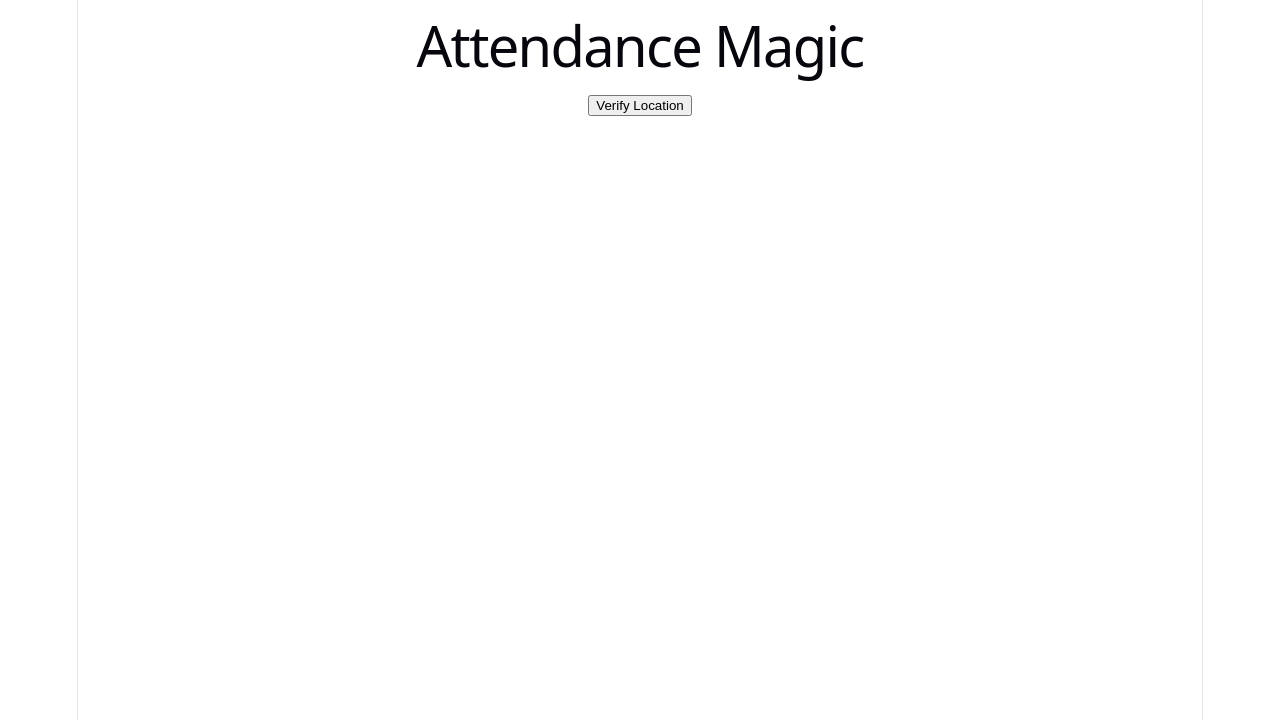
Repository: SparcxSolutions/Attendance_Magic
Page: /faculty (app in frontend/)
An editor plug-in stored every save of this project. The page is shown before and after the next save, followed by the edit.
The browser window is 1280 px wide. The pictures show the whole page.
The page's requests for data from a server got no answer. The project was rebuilt for these pictures with package versions that can differ from the ones it lists, and the page was loaded fresh each time. No one was signed in, and anything a server would have sent is missing. Also part of the build but not shown: frontend/vite.config.js.

Above is the page before, as saved 2026-06-18 12:27:03.

After the next save:
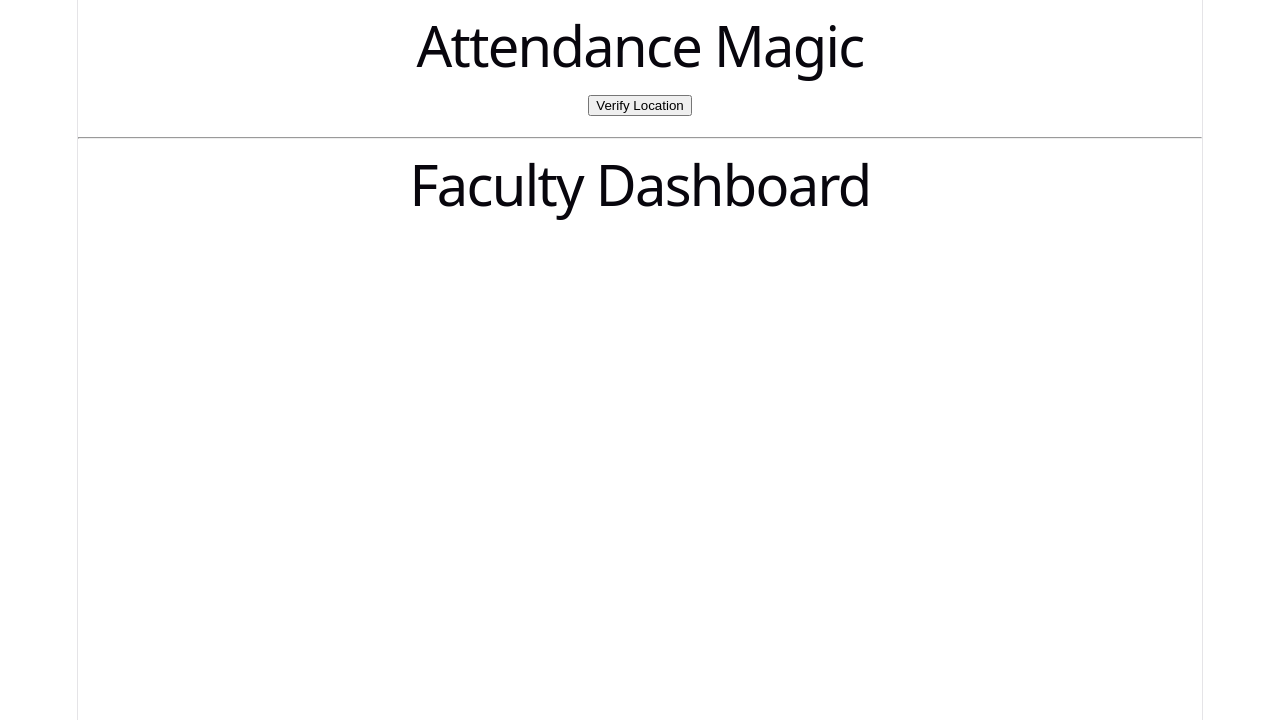
Saved 68 min 1 s later.
--- a/frontend/src/App.jsx
+++ b/frontend/src/App.jsx
@@ -32,18 +32,14 @@ function App() {
             setMessage("Outside Allowed Area ❌");
           }
         } catch (error) {
-          console.log("FULL ERROR:", error);
-
           if (error.response) {
-            console.log("RESPONSE:", error.response.data);
             setMessage(error.response.data.message);
           } else {
             setMessage("Verification Failed");
           }
         }
       },
-      (error) => {
-        console.log(error);
+      () => {
         setMessage("Location Access Denied");
       }
     );
@@ -75,6 +71,7 @@ function App() {
 
   return (
     <div>
+
       <h1>Attendance Magic</h1>
 
       {!verified && (
@@ -87,6 +84,7 @@ function App() {
 
       {verified && !attendanceDone && (
         <div>
+
           <h2>Attendance Form</h2>
 
           <br />
@@ -100,13 +98,21 @@ function App() {
             <option value="">
               Select Department
             </option>
-            <option value="CSE">CSE</option>
-            <option value="CSD">CSD</option>
-            <option value="ECE">ECE</option>
+
+            <option value="CSE">
+              CSE
+            </option>
+
+            <option value="CSD">
+              CSD
+            </option>
+
+            <option value="ECE">
+              ECE
+            </option>
           </select>
 
-          <br />
-          <br />
+          <br /><br />
 
           <select
             value={section}
@@ -117,14 +123,25 @@ function App() {
             <option value="">
               Select Section
             </option>
-            <option value="A">A</option>
-            <option value="B">B</option>
-            <option value="C">C</option>
-            <option value="D">D</option>
+
+            <option value="A">
+              A
+            </option>
+
+            <option value="B">
+              B
+            </option>
+
+            <option value="C">
+              C
+            </option>
+
+            <option value="D">
+              D
+            </option>
           </select>
 
-          <br />
-          <br />
+          <br /><br />
 
           <input
             type="text"
@@ -135,8 +152,7 @@ function App() {
             }
           />
 
-          <br />
-          <br />
+          <br /><br />
 
           <input
             type="text"
@@ -147,17 +163,19 @@ function App() {
             }
           />
 
-          <br />
-          <br />
+          <br /><br />
 
           <button onClick={submitAttendance}>
             Submit Attendance
           </button>
+
         </div>
       )}
 
       {attendanceDone && (
+
         <div>
+
           <h2>
             ✅ Attendance Marked Successfully
           </h2>
@@ -167,22 +185,29 @@ function App() {
           </p>
 
           <p>
-            <strong>Roll Number:</strong>{" "}
-            {rollNumber}
-          </p>
-
-          <p>
-            <strong>Department:</strong>{" "}
-            {department}
+            <strong>Roll Number:</strong> {rollNumber}
+          </p>
+
+          <p>
+            <strong>Department:</strong> {department}
           </p>
 
           <p>
             <strong>Section:</strong> {section}
           </p>
 
-          <h3>Thank You 🎉</h3>
+          <h3>
+            Thank You 🎉
+          </h3>
+
         </div>
+
       )}
+
+      <hr />
+
+      <FacultyDashboard />
+
     </div>
   );
 }
